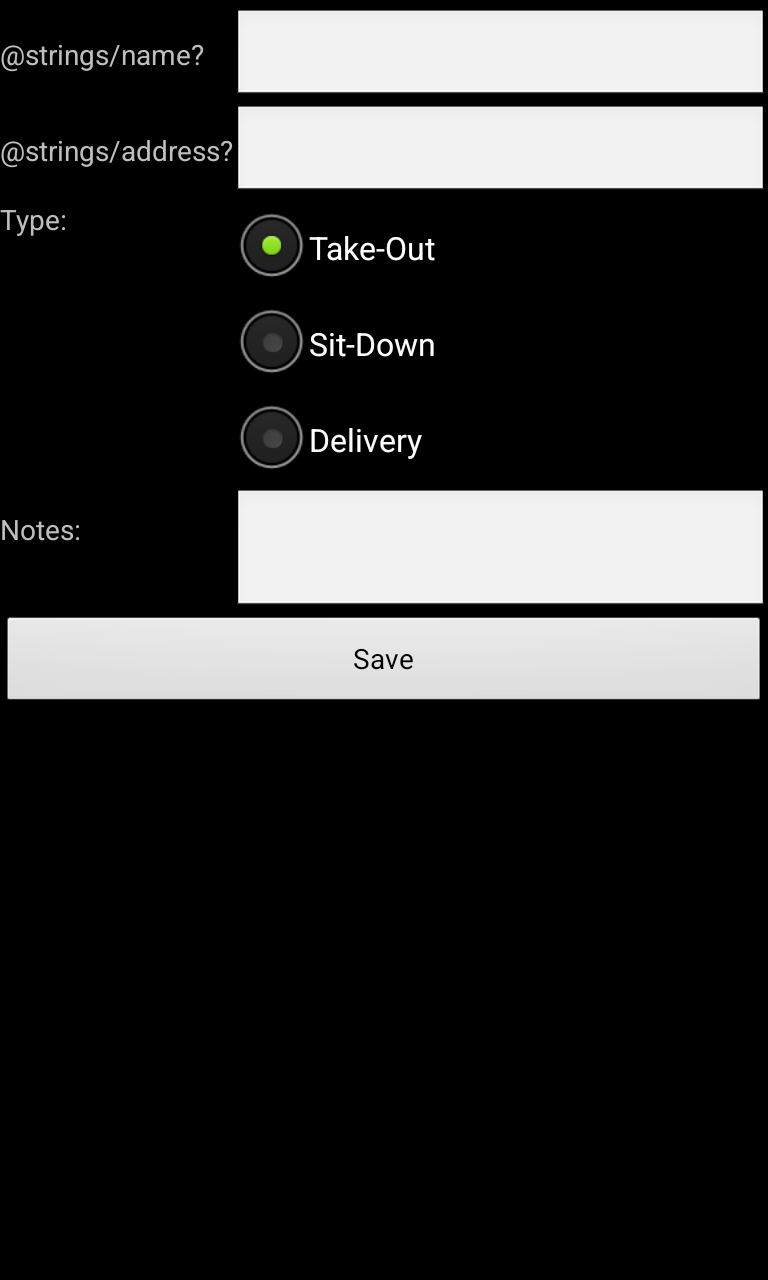
Repository: twacker/csci498android
Layout: LunchList/res/layout/detail_form.xml
The author's editor kept a copy of each file at every save. The layout is drawn from the files as they stood at one save, then again after the next save.
It is drawn on a 768 x 1280 px phone screen (xhdpi) without system bars, with theme android:Theme; the app's code is not run.

Above is the layout before, as saved 2012-10-01 22:07:11.

After the next save:
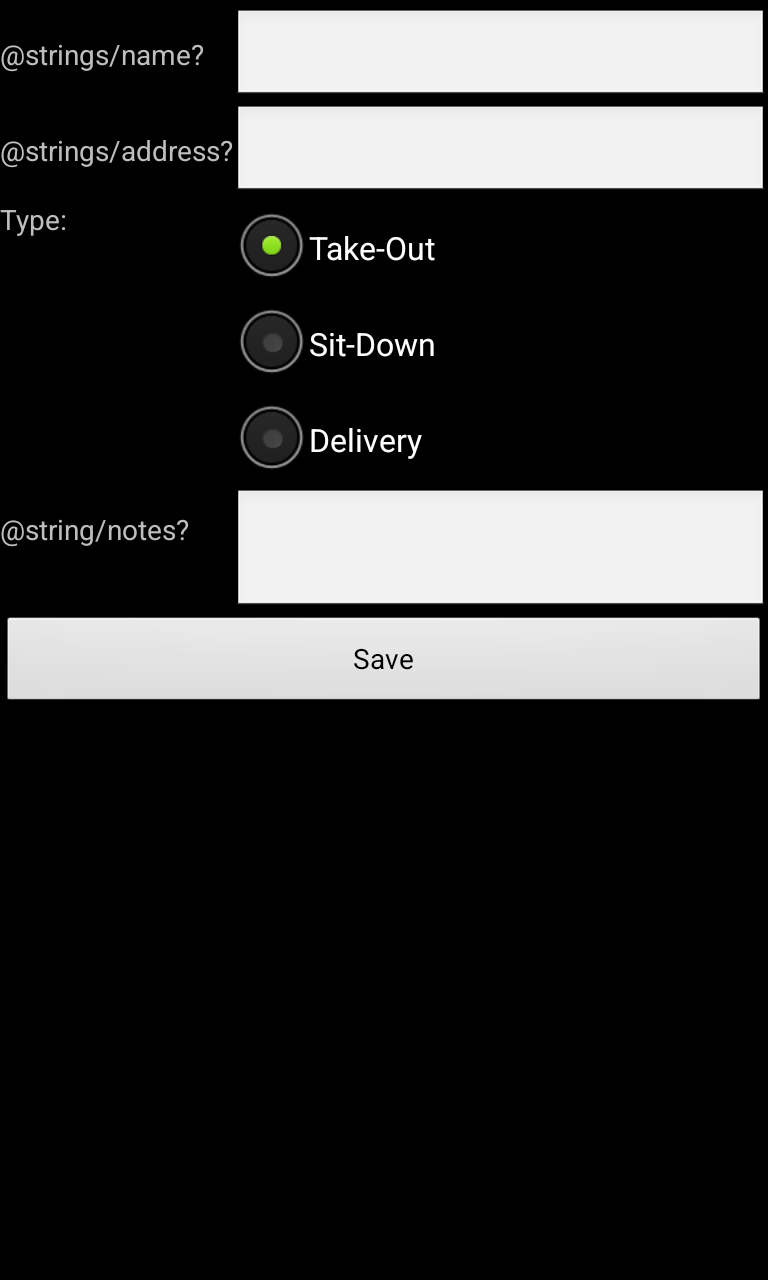
Saved 9 s later.
--- a/LunchList/res/layout/detail_form.xml
+++ b/LunchList/res/layout/detail_form.xml
@@ -48,7 +48,7 @@
 
         <TableRow>
 
-            <TextView android:text="Notes:" />
+            <TextView android:text="@string/notes?" />
 
             <EditText
                 android:id="@+id/notes"
